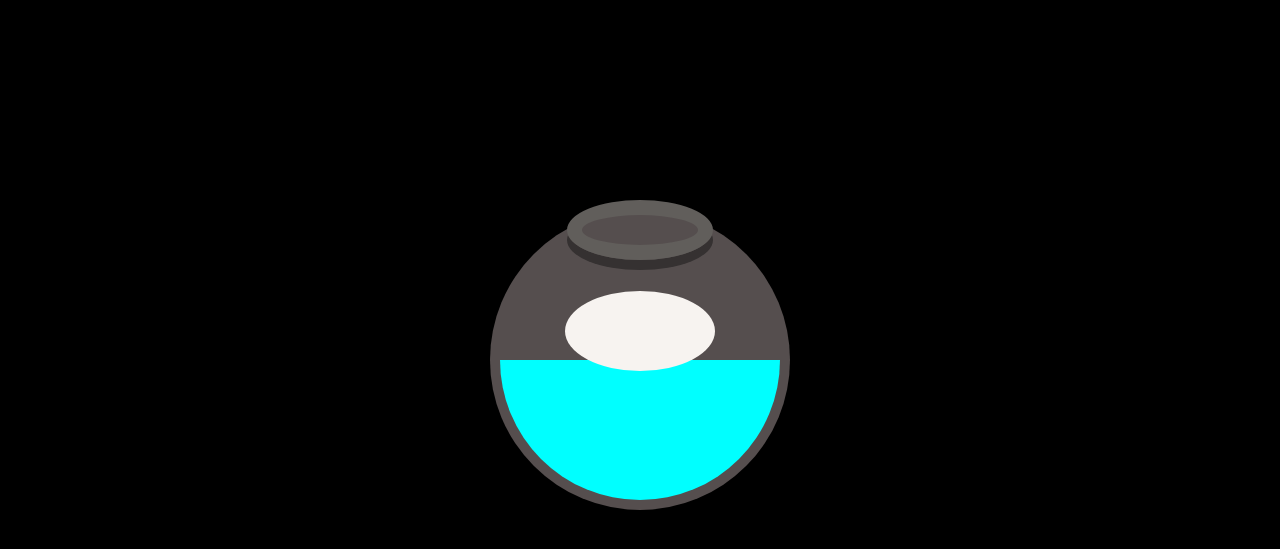
Repository: zjria/Colorful-Glowing-Liquid-Bowl-Animation-Effects
Page: index.html
An editor plug-in stored every save of this project. The page is shown before and after the next save, followed by the edit.
The browser window is 1280 px wide. The pictures show the whole page.

Above is the page before, as saved 2022-04-15 17:54:13.

After the next save:
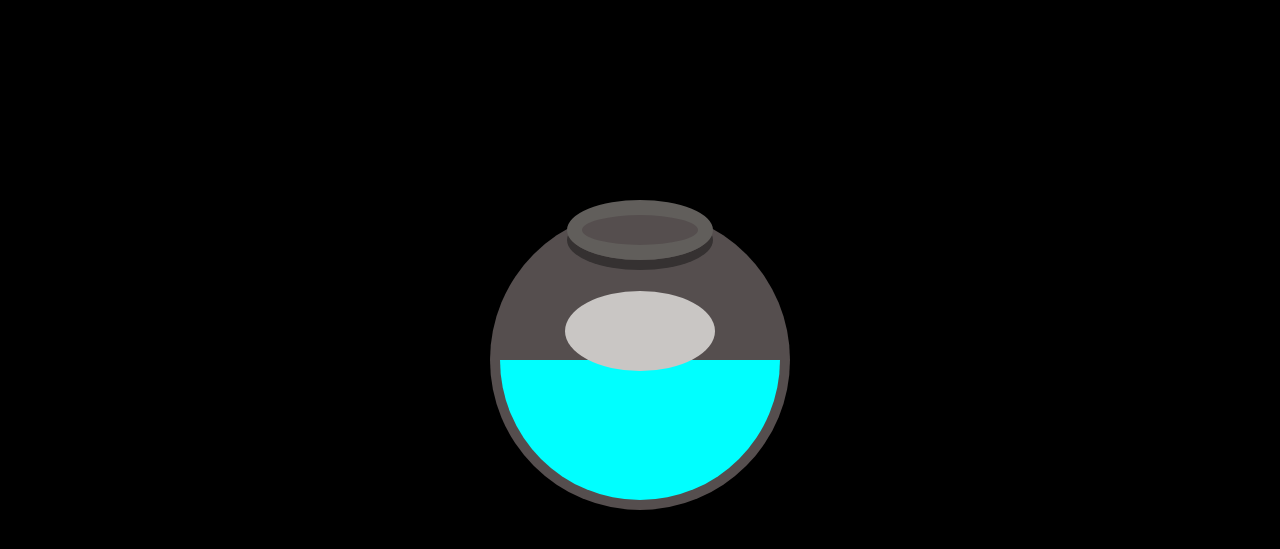
Saved 21 s later.
--- a/style.css
+++ b/style.css
@@ -39,7 +39,7 @@ section{
     border-radius: 50%;
     width: 150px;
     height: 80px;
-    background: rgb(247, 243, 240);
+    background: rgb(201, 198, 196);
 
 }
 .liquid{
